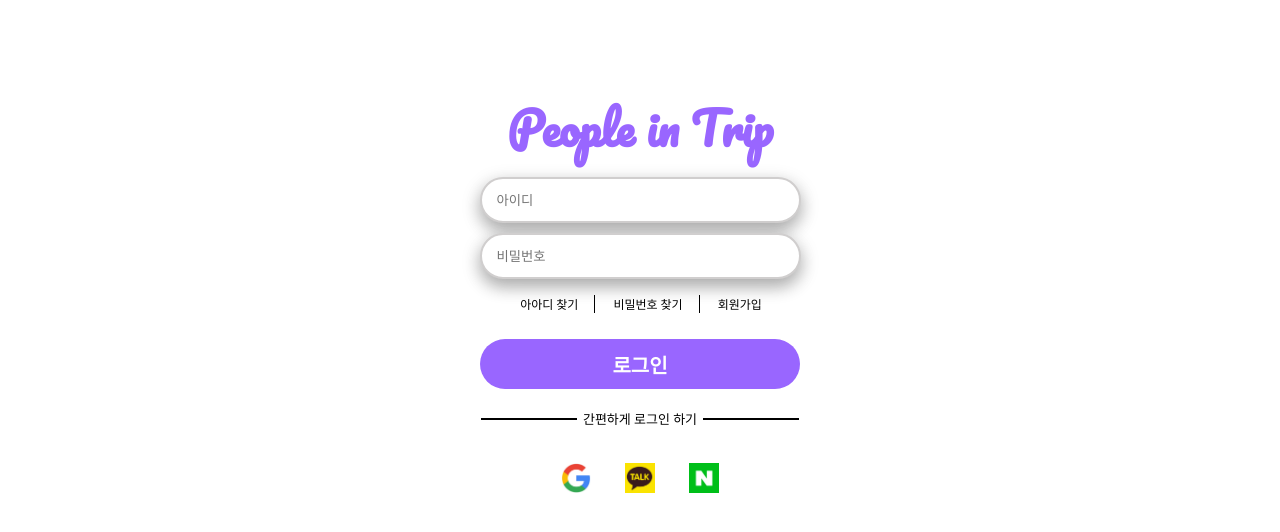
Repository: kimjinmin4535/ezen_loginteam
Page: http://localhost/Ezen_Project/login/login.jsp
An editor plug-in stored every save of this project. The page is shown before and after the next save, followed by the edit.
The browser window is 1280 px wide. The pictures show the whole page.
The page is served by Tomcat 9. Other server files are loaded and not shown.

Above is the page before, as saved 2022-07-05 08:13:51.

### Ezen_Project/src/main/webapp/login/login.jsp
<%@ page language="java" contentType="text/html; charset=UTF-8"
    pageEncoding="UTF-8"%>
<!DOCTYPE html>
<html>
<head>
<meta charset="UTF-8">
<title>로그인</title>
<link rel="stylesheet" href="../resources/css/login/login.css" />
<link href='https://fonts.googleapis.com/css?family=Pacifico' rel='stylesheet'>
</head>
<body>
	<div class="login_form">
		<h1>People in Trip</h1>
		<form action="#">
			<div>
				<input type="text" placeholder="아이디" id="login_id" onfocus="this.placeholder='';" onblur="this.placeholder='아이디'" /><br>
				<input type="password" placeholder="비밀번호" id="login_pw" onfocus="this.placeholder='';" onblur="this.placeholder='비밀번호'" />
				<ul>
					<li id="login_menu"><a href="#" id="login_menu">아아디 찾기</a></li>
					<li id="login_menu"><a href="#" id="login_menu">비밀번호 찾기</a></li>
					<li id="login_menu"><a href="#" id="login_menu">회원가입</a></li>
				</ul>
				<button type="submit" id="login_bt"><strong>로그인</strong></button>
			</div>
		</form>
		<div>
			<p id="login_ez">간편하게 로그인 하기</p><br>
			<a href="#"><img src="../resources/images/google.png" /></a>
			<a href="#"><img src="../resources/images/kakao.png" /></a>
			<a href="#"><img src="../resources/images/naver.png" /></a>
		</div>
	</div>
</body>
</html>

### Ezen_Project/src/main/webapp/resources/css/login/login.css
@charset "UTF-8";

.login_form {
	text-align: center;
	margin-top: 7%;
}

#login_menu {
	text-decoration: none;
	list-style: none;
	display: inline-block;
	color: black;
	font-size: 12px;
	border-left: 1px solid black;
	padding: 0px 40px 0px 20px;
	margin: 0px -23px 0px -22px;
}
#login_menu:first-child {
	border-left: none;
}

h1 {
	color: #9966ff;
	font-family: Pacifico;
	font-size: 45px;
	margin-bottom: 10px;
}

#login_id {
	border-radius: 25px;
	height: 40px;
	width: 300px;
	padding-left: 15px;
	border: 2px solid #d0cece;
	box-shadow: 0 8px 16px 0 rgba(0,0,0,0.2), 0 6px 20px 0 rgba(0,0,0,0.19);
	outline: none;

}

#login_pw {
	border-radius: 25px;
	height: 40px;
	width: 300px;
	margin-top: 10px;
	padding-left: 15px;
	border: 2px solid #d0cece;
	box-shadow: 0 8px 16px 0 rgba(0,0,0,0.2), 0 6px 20px 0 rgba(0,0,0,0.19);
	outline: none;
}

#login_bt {
	border-radius: 25px;
	height: 50px;
	width: 320px;
	margin-top: 10px;
	background-color: #9966ff;
	border: #9966ff;
	color: white;
	cursor: pointer;
	font-size: 20px;
}

#login_ez {
	display: inline-flex;
	align-items: center;
	color: black;
	font-size: 13px;
	margin: 20px 0px;
	width: 330px;
}
#login_ez::before,
#login_ez::after {
	content: "";
	flex-grow: 1;
	background: black;
	height: 2px;
	font-size: 0px;
	line-height: 0px;
	margin: 0px 6px;
}

img {
	width: 30px;
	height: 30px;
	padding: 15px;
}

After the next save:
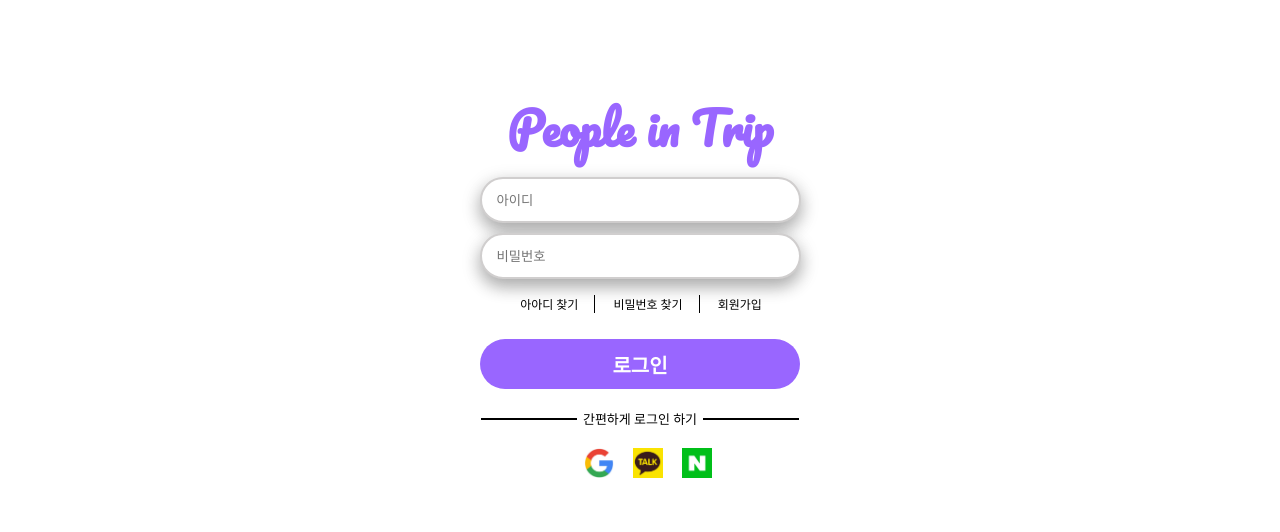
Saved 8 s later.
--- a/Ezen_Project/src/main/webapp/resources/css/login/login.css
+++ b/Ezen_Project/src/main/webapp/resources/css/login/login.css
@@ -82,5 +82,5 @@
 img {
 	width: 30px;
 	height: 30px;
-	padding: 15px;
+	padding-left: 15px;
 }
